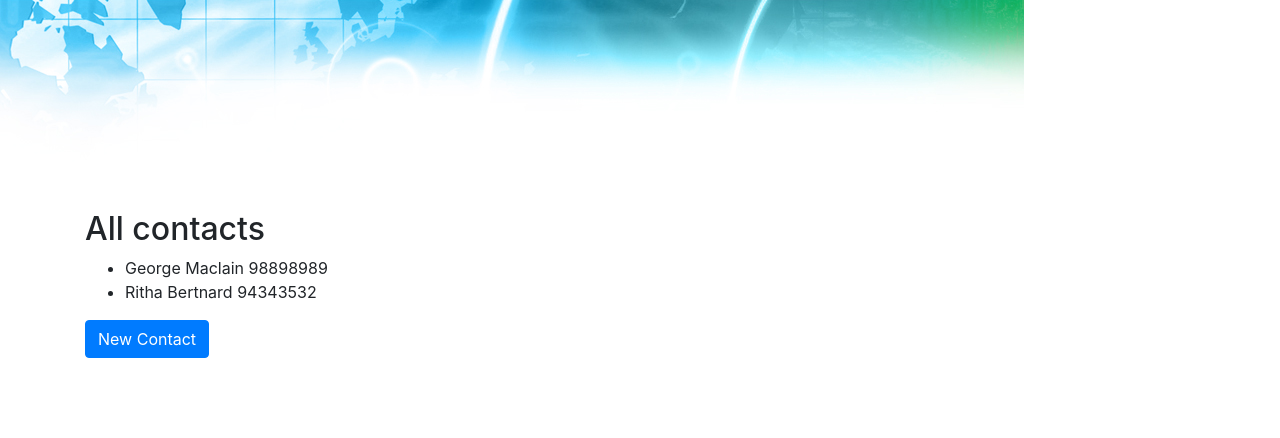
Repository: fishercom/react-phonebook
Page: /
The author's editor kept a copy of each file at every save. The page is drawn from the files as they stood at one save, then again after the next save.
The browser window is 1280 px wide. The pictures show the whole page.
The project was rebuilt for these pictures with package versions that can differ from the ones it lists, and the page was loaded fresh each time. Also part of the build but not shown: src/App.css, src/components/Form.js.

Above is the page before, as saved 2021-01-30 23:09:39.

After the next save:
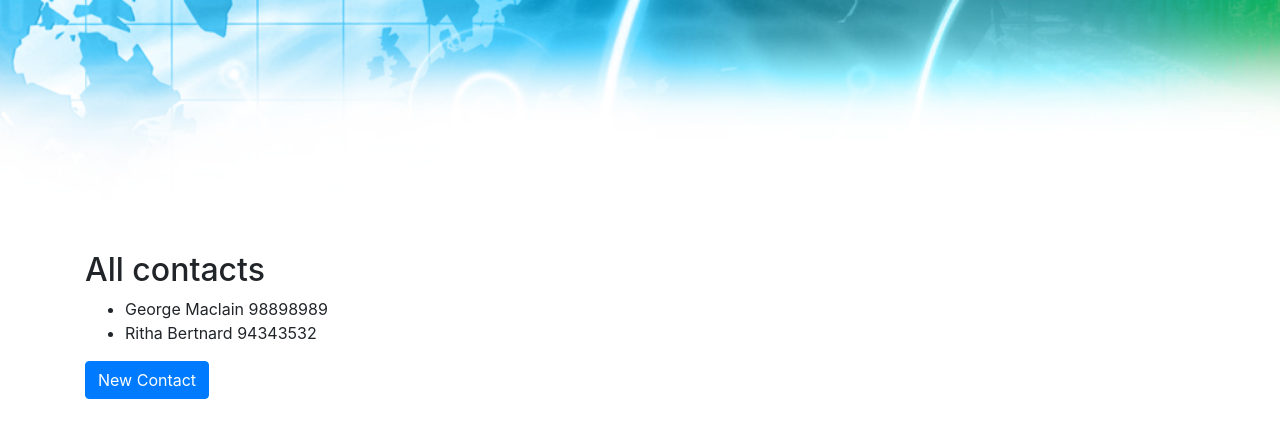
Saved 3 min 3 s later.
--- a/src/App.js
+++ b/src/App.js
@@ -49,7 +49,7 @@ class App extends React.Component {
     return (
       <div>
         <header>
-          <img src={header} alt="header" />
+          <img src={header} alt="header" style={{width: '100%'}} />
         </header>
         <div className="container mt-5">
         {view}
